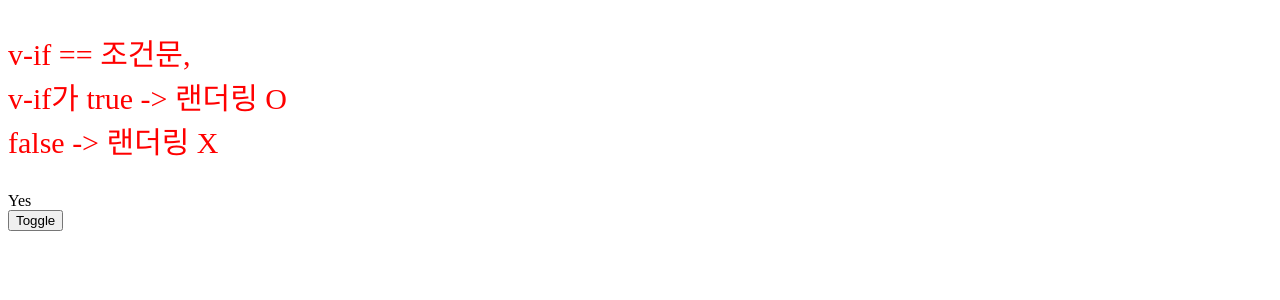
Repository: RyuGeunHwan/code_J
Page: Vuejs/22-08-10 vuejs v-if and v-show.html
An editor plug-in stored every save of this project. The page is shown before and after the next save, followed by the edit.
The browser window is 1280 px wide. The pictures show the whole page.

Above is the page before, as saved 2022-08-10 09:26:53.

After the next save:
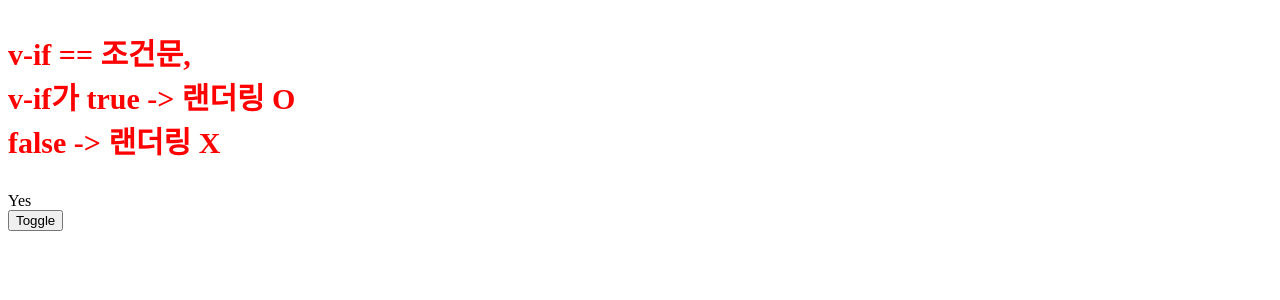
Saved 72 s later.
--- a/Vuejs/22-08-10 vuejs v-if and v-show.html
+++ b/Vuejs/22-08-10 vuejs v-if and v-show.html
@@ -21,7 +21,7 @@
                 styleObject:{
                     fontSize: '30px',
                     color: 'red',
-                    fontBold: 'bold'
+                    fontWeight: 'bold'
                 }
             },
             methods:{
